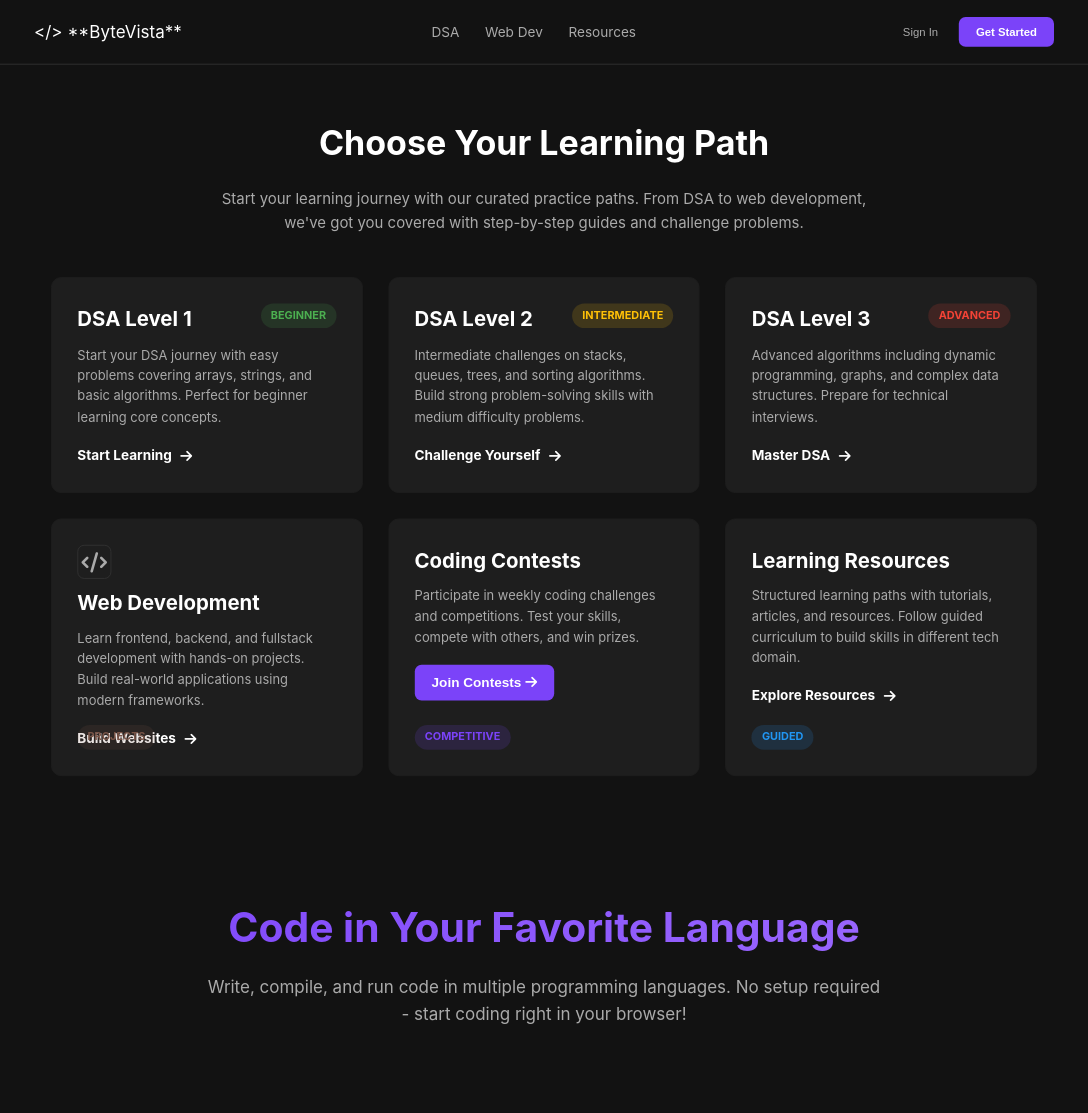
Repository: biswaranjansatapathy2005-lang/ByteVista
Page: frontend/course/course.html
An editor plug-in stored every save of this project. The page is shown before and after a run of saves, followed by the edit.
The browser window is 1280 px wide. The pictures show the whole page, at 85% of full size.

Above is the page before, as saved 2025-12-13 01:45:46.

### frontend/course/course.html
<!DOCTYPE html>
<html lang="en">
<head>
    <meta charset="UTF-8">
    <meta name="viewport" content="width=device-width, initial-scale=1.0">
    <title>ByteVista-style Course Section</title>
    <link rel="stylesheet" href="course.css">
    <link rel="stylesheet" href="https://cdnjs.cloudflare.com/ajax/libs/font-awesome/6.0.0-beta3/css/all.min.css">
</head>
<body>
    <header class="main-header">
        <div class="logo">
            &lt;/&gt; **ByteVista**
        </div>
        <nav>
            <ul>
                <li><a href="#">DSA</a></li>
                <li><a href="#">Web Dev</a></li>
                <li><a href="#">Resources</a></li>
            </ul>
        </nav>
        <div class="user-actions">
            <button class="sign-in">Sign In</button>
            <button class="get-started">Get Started</button>
        </div>
    </header>

    <section class="learning-paths">
        <div class="container">
            <h2 class="section-title">Choose Your Learning Path</h2>
            <p class="section-subtitle">
                Start your learning journey with our curated practice paths. From DSA to web development,
                we've got you covered with step-by-step guides and challenge problems.
            </p>

            <div class="card-grid">
                <a href="#" class="card card-dsa-1">
                    <span class="tag tag-beginner">Beginner</span>
                    <div class="card-content">
                        <h3>DSA Level 1</h3>
                        <p>Start your DSA journey with easy problems covering arrays, strings, and basic algorithms. Perfect for beginner learning core concepts.</p>
                        <div class="card-link">
                            Start Learning <i class="fas fa-arrow-right"></i>
                        </div>
                    </div>
                </a>

                <a href="#" class="card card-dsa-2">
                    <span class="tag tag-intermediate">Intermediate</span>
                    <div class="card-content">
                        <h3>DSA Level 2</h3>
                        <p>Intermediate challenges on stacks, queues, trees, and sorting algorithms. Build strong problem-solving skills with medium difficulty problems.</p>
                        <div class="card-link">
                            Challenge Yourself <i class="fas fa-arrow-right"></i>
                        </div>
                    </div>
                </a>

                <a href="#" class="card card-dsa-3">
                    <span class="tag tag-advanced">Advanced</span>
                    <div class="card-content">
                        <h3>DSA Level 3</h3>
                        <p>Advanced algorithms including dynamic programming, graphs, and complex data structures. Prepare for technical interviews.</p>
                        <div class="card-link">
                            Master DSA <i class="fas fa-arrow-right"></i>
                        </div>
                    </div>
                </a>

                <a href="#" class="card card-web-dev">
                    <span class="icon-indicator"><i class="fas fa-code"></i></span>
                    <span class="tag tag-projects">Projects</span>
                    <div class="card-content">
                        <h3>Web Development</h3>
                        <p>Learn frontend, backend, and fullstack development with hands-on projects. Build real-world applications using modern frameworks.</p>
                        <div class="card-link">
                            Build Websites <i class="fas fa-arrow-right"></i>
                        </div>
                    </div>
                </a>

                <a href="#" class="card card-contests">
                    <span class="tag tag-competitive">Competitive</span>
                    <div class="card-content">
                        <h3>Coding Contests</h3>
                        <p>Participate in weekly coding challenges and competitions. Test your skills, compete with others, and win prizes.</p>
                        <button class="join-btn">Join Contests <i class="fas fa-arrow-right"></i></button>
                    </div>
                </a>

                <a href="#" class="card card-resources">
                    <span class="tag tag-guided">Guided</span>
                    <div class="card-content">
                        <h3>Learning Resources</h3>
                        <p>Structured learning paths with tutorials, articles, and resources. Follow guided curriculum to build skills in different tech domain.</p>
                        <div class="card-link">
                            Explore Resources <i class="fas fa-arrow-right"></i>
                        </div>
                    </div>
                </a>
            </div>
        </div>
    </section>

    <section class="code-section">
        <h2 class="code-title">Code in Your Favorite Language</h2>
        <p class="code-subtitle">
            Write, compile, and run code in multiple programming languages. No setup required - start coding right in your browser!
        </p>
    </section>

    <script src="course.js"></script>
</body>
</html>

### frontend/course/course.css
/* Base Styles for Dark Theme */
:root {
    --color-background: #121212; /* Very dark background */
    --color-card-bg: #1e1e1e; /* Slightly lighter card background */
    --color-text-primary: #ffffff;
    --color-text-secondary: #aaaaaa;
    --color-accent-purple: #7b43f9; /* Main CTA purple */
    --color-border-subtle: #333333;
    --color-shadow: rgba(0, 0, 0, 0.4);

    /* Tag Colors (adjust as needed) */
    --tag-beginner-bg: rgba(76, 175, 80, 0.15); /* Greenish */
    --tag-beginner-text: #4caf50;
    --tag-intermediate-bg: rgba(255, 193, 7, 0.15); /* Yellowish */
    --tag-intermediate-text: #ffc107;
    --tag-advanced-bg: rgba(244, 67, 54, 0.15); /* Reddish */
    --tag-advanced-text: #f44336;
    --tag-projects-bg: rgba(121, 85, 72, 0.15); /* Browish */
    --tag-projects-text: #795548;
    --tag-competitive-bg: rgba(123, 67, 249, 0.15); /* Purpleish */
    --tag-competitive-text: #7b43f9;
    --tag-guided-bg: rgba(33, 150, 243, 0.15); /* Bluish */
    --tag-guided-text: #2196f3;
}

* {
    box-sizing: border-box;
    margin: 0;
    padding: 0;
}

body {
    font-family: 'Inter', sans-serif; /* Use a modern font-family */
    background-color: var(--color-background);
    color: var(--color-text-primary);
    line-height: 1.6;
    min-height: 100vh;
}

.container {
    max-width: 1200px;
    margin: 0 auto;
    padding: 0 20px;
}

/* Header Styling - Mock-up based on image */
.main-header {
    display: flex;
    justify-content: space-between;
    align-items: center;
    padding: 20px 40px;
    border-bottom: 1px solid var(--color-border-subtle);
}

.logo {
    font-size: 1.25rem;
    color: var(--color-text-primary);
}

nav ul {
    list-style: none;
    display: flex;
}

nav ul li a {
    text-decoration: none;
    color: var(--color-text-secondary);
    padding: 10px 15px;
    transition: color 0.3s;
}

nav ul li a:hover {
    color: var(--color-text-primary);
}

.user-actions .sign-in {
    background: none;
    border: none;
    color: var(--color-text-secondary);
    padding: 10px 20px;
    cursor: pointer;
}

.user-actions .get-started {
    background-color: var(--color-accent-purple);
    color: var(--color-text-primary);
    border: none;
    border-radius: 8px;
    padding: 10px 20px;
    cursor: pointer;
    font-weight: bold;
    transition: background-color 0.3s;
}

.user-actions .get-started:hover {
    background-color: #9c6eff; /* Lighter purple on hover */
}

/* Section Title and Subtitle */
.learning-paths {
    padding: 60px 0;
}

.section-title {
    text-align: center;
    font-size: 2.5rem;
    margin-bottom: 20px;
}

.section-subtitle {
    text-align: center;
    color: var(--color-text-secondary);
    max-width: 800px;
    margin: 0 auto 50px;
    font-size: 1.1rem;
}

/* Card Grid Layout */
.card-grid {
    display: grid;
    grid-template-columns: repeat(3, 1fr); /* 3 columns for the main section */
    gap: 30px;
}

/* Card General Style */
.card {
    display: block; /* Make the whole card clickable */
    text-decoration: none;
    background-color: var(--color-card-bg);
    border-radius: 12px;
    padding: 30px;
    position: relative;
    overflow: hidden;
    color: var(--color-text-primary);
    border: 1px solid var(--color-card-bg); /* Initial border */

    /* Transition for subtle animation */
    transition: transform 0.3s ease, box-shadow 0.3s ease, border-color 0.3s ease;
}

.card:hover {
    transform: translateY(-5px); /* Lift effect */
    box-shadow: 0 15px 30px var(--color-shadow); /* Stronger shadow */
    border-color: var(--color-accent-purple); /* Border highlight */
}

.card h3 {
    font-size: 1.5rem;
    margin-bottom: 10px;
}

.card p {
    color: var(--color-text-secondary);
    margin-bottom: 20px;
    font-size: 0.95rem;
}

/* Tag Styles */
.tag {
    position: absolute;
    top: 30px;
    right: 30px;
    padding: 4px 12px;
    border-radius: 20px;
    font-size: 0.8rem;
    font-weight: bold;
    text-transform: uppercase;
}

.tag-beginner {
    background-color: var(--tag-beginner-bg);
    color: var(--tag-beginner-text);
}

.tag-intermediate {
    background-color: var(--tag-intermediate-bg);
    color: var(--tag-intermediate-text);
}

.tag-advanced {
    background-color: var(--tag-advanced-bg);
    color: var(--tag-advanced-text);
}

.tag-projects, .tag-competitive, .tag-guided {
    right: auto;
    left: 30px;
    top: auto;
    bottom: 30px;
    padding: 4px 12px;
}

.tag-projects {
    background-color: var(--tag-projects-bg);
    color: var(--tag-projects-text);
}

.tag-competitive {
    background-color: var(--tag-competitive-bg);
    color: var(--tag-competitive-text);
}

.tag-guided {
    background-color: var(--tag-guided-bg);
    color: var(--tag-guided-text);
}

/* Card Link/CTA Styling */
.card-link {
    color: var(--color-text-primary);
    font-weight: bold;
    display: flex;
    align-items: center;
    gap: 10px;
    transition: color 0.3s;
}

.card:hover .card-link {
    color: var(--color-accent-purple);
}

.card-link i {
    transition: transform 0.3s;
}

/* Animation: Arrow move on hover */
.card:hover .card-link i {
    transform: translateX(5px);
}

/* Specific styling for the Web Development card's icon indicator (left) */
.icon-indicator {
    position: absolute;
    top: 30px;
    left: 30px;
    font-size: 1.5rem;
    color: var(--color-text-secondary);
    width: 40px;
    height: 40px;
    display: flex;
    justify-content: center;
    align-items: center;
    border: 1px solid var(--color-border-subtle);
    border-radius: 8px;
    transition: color 0.3s, border-color 0.3s;
}

.card-web-dev:hover .icon-indicator {
    color: var(--color-accent-purple);
    border-color: var(--color-accent-purple);
}

/* Adjust content position for cards with top-left elements */
.card-web-dev .card-content {
    margin-top: 50px;
}

/* Join Contests Button (Purple CTA button inside the card) */
.join-btn {
    background-color: var(--color-accent-purple);
    color: var(--color-text-primary);
    border: none;
    border-radius: 8px;
    padding: 12px 20px;
    cursor: pointer;
    font-weight: bold;
    font-size: 1rem;
    transition: background-color 0.3s, transform 0.3s;
}

.join-btn:hover {
    background-color: #9c6eff;
    transform: scale(1.02);
}

/* Second Section (Code in Your Favorite Language) */
.code-section {
    text-align: center;
    padding: 80px 0 100px;
}

.code-title {
    font-size: 3rem;
    margin-bottom: 15px;
    background: linear-gradient(90deg, #7b43f9, #a06eff); /* Purple gradient */
    -webkit-background-clip: text;
    -webkit-text-fill-color: transparent;
    background-clip: text;
    -webkit-text-fill-color: transparent;
}

.code-subtitle {
    font-size: 1.25rem;
    color: var(--color-text-secondary);
    max-width: 800px;
    margin: 0 auto;
}

### frontend/course/course.js
document.addEventListener('DOMContentLoaded', () => {
    const cards = document.querySelectorAll('.card');

    cards.forEach(card => {
        card.addEventListener('mousemove', handleMouseMove);
        card.addEventListener('mouseleave', handleMouseLeave);
    });

    /**
     * Calculates and applies a subtle 3D tilt effect on mouse movement.
     * @param {MouseEvent} e - The mouse event object.
     */
    function handleMouseMove(e) {
        const card = e.currentTarget;
        const rect = card.getBoundingClientRect();

        // Get coordinates relative to the center of the card
        const x = e.clientX - rect.left - rect.width / 2;
        const y = e.clientY - rect.top - rect.height / 2;

        // Calculate rotation angles
        // The max tilt is set to 5 degrees for a subtle effect
        const rotateX = (-1 * (y / rect.height) * 5).toFixed(2);
        const rotateY = ((x / rect.width) * 5).toFixed(2);

        // Apply transform. The 'translateZ' makes it feel like it's lifting forward.
        card.style.transition = 'none'; // Disable transition for smooth real-time tilt
        card.style.transform = `perspective(1000px) rotateX(${rotateX}deg) rotateY(${rotateY}deg) scale(1.01)`;

        // Optional: Add a subtle inner shadow/glow based on position
        const shadowX = (x / rect.width) * 30;
        const shadowY = (y / rect.height) * 30;
        card.style.boxShadow = `
            ${-shadowX}px ${-shadowY}px 50px rgba(123, 67, 249, 0.3),
            0 15px 30px var(--color-shadow)
        `;
    }

    /**
     * Resets the card transform when the mouse leaves.
     * @param {MouseEvent} e - The mouse event object.
     */
    function handleMouseLeave(e) {
        const card = e.currentTarget;

        // Re-enable transition for smooth reset
        card.style.transition = 'transform 0.5s ease, box-shadow 0.5s ease, border-color 0.3s ease';

        // Reset transform and box-shadow to the initial CSS state
        card.style.transform = 'perspective(1000px) rotateX(0deg) rotateY(0deg) scale(1)';
        card.style.boxShadow = `0 15px 30px var(--color-shadow)`;
    }
});

After the next 2 saves:
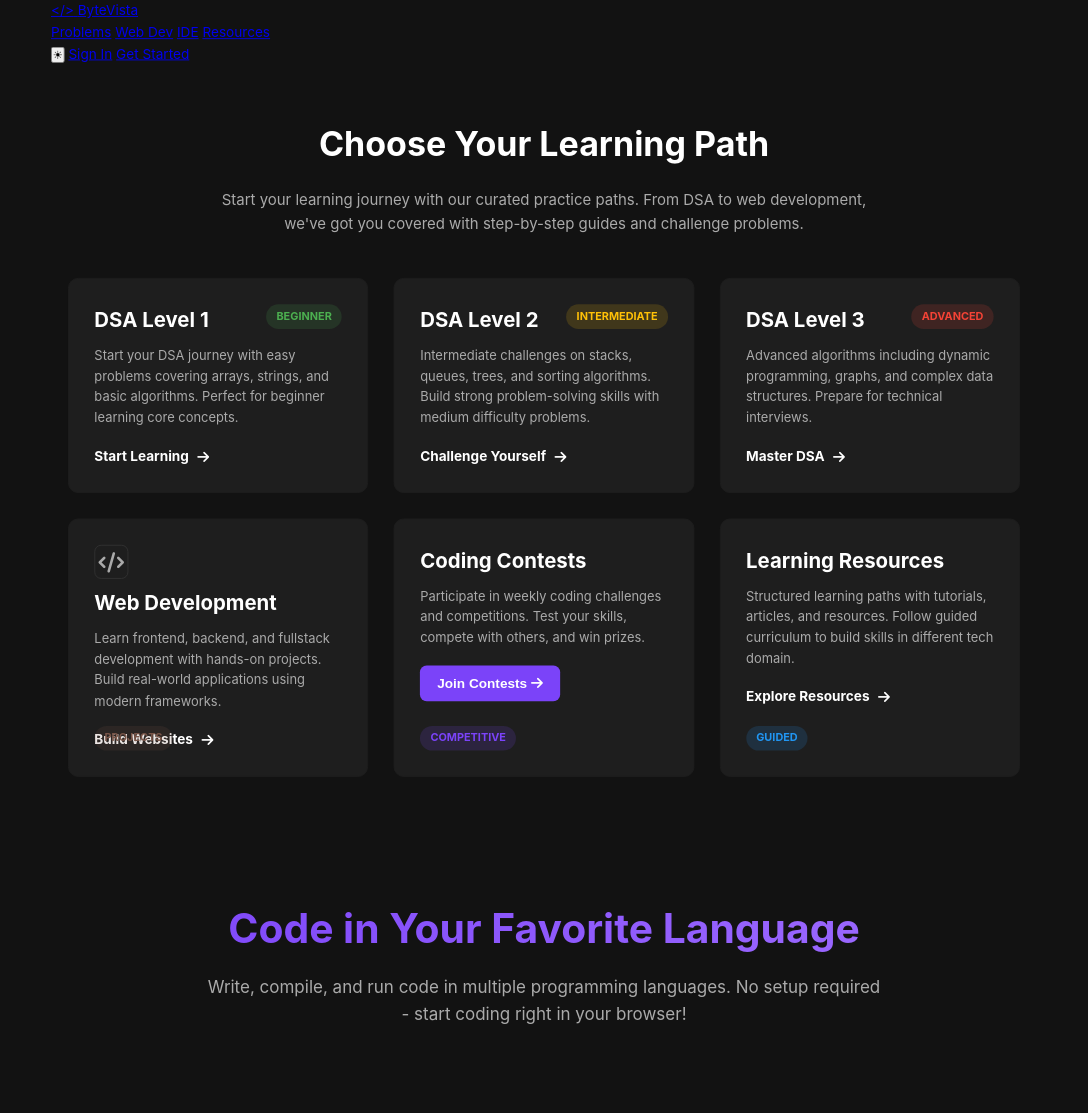
The 2 saves are shown as one change because they came seconds apart.
The last was saved 12 min 38 s later.
--- a/frontend/course/course.html
+++ b/frontend/course/course.html
@@ -8,22 +8,25 @@
     <link rel="stylesheet" href="https://cdnjs.cloudflare.com/ajax/libs/font-awesome/6.0.0-beta3/css/all.min.css">
 </head>
 <body>
-    <header class="main-header">
-        <div class="logo">
-            &lt;/&gt; **ByteVista**
-        </div>
-        <nav>
-            <ul>
-                <li><a href="#">DSA</a></li>
-                <li><a href="#">Web Dev</a></li>
-                <li><a href="#">Resources</a></li>
-            </ul>
-        </nav>
-        <div class="user-actions">
-            <button class="sign-in">Sign In</button>
-            <button class="get-started">Get Started</button>
-        </div>
-    </header>
+    <header class="navbar" id="navbar">
+        <div class="container nav-container">
+            <a href="#" class="brand-logo">
+                <span class="logo-icon">&lt;/&gt;</span>
+                <span class="logo-text">ByteVista</span>
+            </a>
+
+            <nav class="nav-links">
+                <a href="#">Problems</a>
+                <a href="#">Web Dev</a>
+                <a href="#">IDE</a>
+                <a href="#">Resources</a>
+            </nav>
+
+            <div class="nav-actions">
+                 <button class="theme-toggle" aria-label="Toggle Theme">☀</button>
+                 <a href="#" class="btn-signin">Sign In</a>
+                 <a href="#" class="btn-primary">Get Started</a>
+            </div>
 
     <section class="learning-paths">
         <div class="container">
